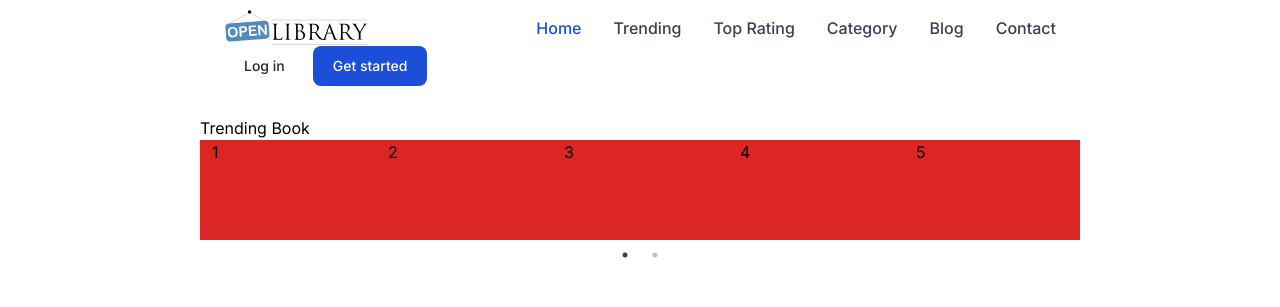
Repository: XuanKhanhHoang/Library-System-Frontend
Page: /
An editor plug-in stored every save of this project. The page is shown before and after the next save, followed by the edit.
The browser window is 1280 px wide. The pictures show the whole page.
The project was rebuilt for these pictures with package versions that can differ from the ones it lists, and the page was loaded fresh each time. The framework's server and built-in components were replaced by stand-ins that run in the browser. Also part of the build but not shown: next.config.mjs.

Above is the page before, as saved 2024-09-22 15:21:41.

### src/app/layout.tsx
import type { Metadata } from "next";
import { Inter } from "next/font/google";
import "./globals.css";
import "slick-carousel/slick/slick.css";
import "slick-carousel/slick/slick-theme.css";

const inter = Inter({ subsets: ["latin"] });

export const metadata: Metadata = {
  title: "Create Next App",
  description: "Generated by create next app",
};

export default function RootLayout({
  children,
}: Readonly<{
  children: React.ReactNode;
}>) {
  return (
    <html lang="en">
      <body className={inter.className}>
        <div className="mx-[200px]">
          <header>
            <nav className="bg-white border-gray-200 px-4 lg:px-6 py-2.5 dark:bg-gray-800">
              <div className="flex flex-wrap items-center justify-between max-w-screen-xl mx-auto">
                <img
                  src="./openlibrary-logo-tighter.svg"
                  className="h-6 mr-3 sm:h-9"
                  alt="Flowbite Logo"
                />
                <div className="flex items-center lg:order-2">
                  <a
                    href="#"
                    className="text-gray-800 dark:text-white hover:bg-gray-50 focus:ring-4 focus:ring-gray-300 font-medium rounded-lg text-sm px-4 lg:px-5 py-2 lg:py-2.5 mr-2 dark:hover:bg-gray-700 focus:outline-none dark:focus:ring-gray-800"
                  >
                    Log in
                  </a>
                  <a
                    href="#"
                    className="text-white bg-primary-700 hover:bg-primary-800 focus:ring-4 focus:ring-primary-300 font-medium rounded-lg text-sm px-4 lg:px-5 py-2 lg:py-2.5 mr-2 dark:bg-primary-600 dark:hover:bg-primary-700 focus:outline-none dark:focus:ring-primary-800"
                  >
                    Get started
                  </a>
                  <button
                    data-collapse-toggle="mobile-menu-2"
                    type="button"
                    className="inline-flex items-center p-2 ml-1 text-sm text-gray-500 rounded-lg lg:hidden hover:bg-gray-100 focus:outline-none focus:ring-2 focus:ring-gray-200 dark:text-gray-400 dark:hover:bg-gray-700 dark:focus:ring-gray-600"
                    aria-controls="mobile-menu-2"
                    aria-expanded="false"
                  >
                    <span className="sr-only">Open main menu</span>
                    <svg
                      className="w-6 h-6"
                      fill="currentColor"
                      viewBox="0 0 20 20"
                      xmlns="http://www.w3.org/2000/svg"
                    >
                      <path
                        fill-rule="evenodd"
                        d="M3 5a1 1 0 011-1h12a1 1 0 110 2H4a1 1 0 01-1-1zM3 10a1 1 0 011-1h12a1 1 0 110 2H4a1 1 0 01-1-1zM3 15a1 1 0 011-1h12a1 1 0 110 2H4a1 1 0 01-1-1z"
                        clip-rule="evenodd"
                      ></path>
                    </svg>
                    <svg
                      className="hidden w-6 h-6"
                      fill="currentColor"
                      viewBox="0 0 20 20"
                      xmlns="http://www.w3.org/2000/svg"
                    >
                      <path
                        fill-rule="evenodd"
                        d="M4.293 4.293a1 1 0 011.414 0L10 8.586l4.293-4.293a1 1 0 111.414 1.414L11.414 10l4.293 4.293a1 1 0 01-1.414 1.414L10 11.414l-4.293 4.293a1 1 0 01-1.414-1.414L8.586 10 4.293 5.707a1 1 0 010-1.414z"
                        clip-rule="evenodd"
                      ></path>
                    </svg>
                  </button>
                </div>
                <div
                  className="items-center justify-between hidden w-full lg:flex lg:w-auto lg:order-1"
                  id="mobile-menu-2"
                >
                  <ul className="flex flex-col mt-4 font-medium lg:flex-row lg:space-x-8 lg:mt-0">
                    <li>
                      <a
                        href="#"
                        className="block py-2 pl-3 pr-4 text-white rounded bg-primary-700 lg:bg-transparent lg:text-primary-700 lg:p-0 dark:text-white"
                        aria-current="page"
                      >
                        Home
                      </a>
                    </li>
                    <li>
                      <a
                        href="#"
                        className="block py-2 pl-3 pr-4 text-gray-700 border-b border-gray-100 hover:bg-gray-50 lg:hover:bg-transparent lg:border-0 lg:hover:text-primary-700 lg:p-0 dark:text-gray-400 lg:dark:hover:text-white dark:hover:bg-gray-700 dark:hover:text-white lg:dark:hover:bg-transparent dark:border-gray-700"
                      >
                        Trending
                      </a>
                    </li>
                    <li>
                      <a
                        href="#"
                        className="block py-2 pl-3 pr-4 text-gray-700 border-b border-gray-100 hover:bg-gray-50 lg:hover:bg-transparent lg:border-0 lg:hover:text-primary-700 lg:p-0 dark:text-gray-400 lg:dark:hover:text-white dark:hover:bg-gray-700 dark:hover:text-white lg:dark:hover:bg-transparent dark:border-gray-700"
                      >
                        Top Rating
                      </a>
                    </li>
                    <li>
                      <a
                        href="#"
                        className="block py-2 pl-3 pr-4 text-gray-700 border-b border-gray-100 hover:bg-gray-50 lg:hover:bg-transparent lg:border-0 lg:hover:text-primary-700 lg:p-0 dark:text-gray-400 lg:dark:hover:text-white dark:hover:bg-gray-700 dark:hover:text-white lg:dark:hover:bg-transparent dark:border-gray-700"
                      >
                        Category
                      </a>
                    </li>
                    <li>
                      <a
                        href="#"
                        className="block py-2 pl-3 pr-4 text-gray-700 border-b border-gray-100 hover:bg-gray-50 lg:hover:bg-transparent lg:border-0 lg:hover:text-primary-700 lg:p-0 dark:text-gray-400 lg:dark:hover:text-white dark:hover:bg-gray-700 dark:hover:text-white lg:dark:hover:bg-transparent dark:border-gray-700"
                      >
                        Blog
                      </a>
                    </li>
                    <li>
                      <a
                        href="#"
                        className="block py-2 pl-3 pr-4 text-gray-700 border-b border-gray-100 hover:bg-gray-50 lg:hover:bg-transparent lg:border-0 lg:hover:text-primary-700 lg:p-0 dark:text-gray-400 lg:dark:hover:text-white dark:hover:bg-gray-700 dark:hover:text-white lg:dark:hover:bg-transparent dark:border-gray-700"
                      >
                        Contact
                      </a>
                    </li>
                  </ul>
                </div>
              </div>
            </nav>
          </header>
          {children}
        </div>
      </body>
    </html>
  );
}

### src/app/page.tsx
"use client";
import React, { useRef, useState } from "react";
import Slider from "react-slick";
import "slick-carousel/slick/slick.css";
import "slick-carousel/slick/slick-theme.css";

export default function Home() {
  var settings = {
    dots: true,
    infinite: false,
    speed: 500,
    slidesToShow: 5,
    slidesToScroll: 4,
    initialSlide: 0,
    responsive: [
      {
        breakpoint: 1024,
        settings: {
          slidesToShow: 3,
          slidesToScroll: 3,
          infinite: true,
          dots: true,
        },
      },
      {
        breakpoint: 600,
        settings: {
          slidesToShow: 2,
          slidesToScroll: 2,
          initialSlide: 2,
        },
      },
      {
        breakpoint: 480,
        settings: {
          slidesToShow: 1,
          slidesToScroll: 1,
        },
      },
    ],
  };
  const object = [1, 2, 3, 4, 5, 6, 7, 8];
  return (
    <div className="slider-container">
      <h1 className="mt-[20px]">Trending Book</h1>
      <Slider {...settings}>
        {object.map((i, index) => (
          <div className="w-[100px] h-[100px] bg-red-600 px-3" key={index}>
            <h1>{i}</h1>
          </div>
        ))}
      </Slider>
    </div>
  );
}

### src/app/globals.css
@tailwind base;
@tailwind components;
@tailwind utilities;

* {
  box-sizing: border-box;
  padding: 0;
  margin: 0;
}

.swiper {
  width: 100%;
  height: 100%;
}

.swiper-slide {
  text-align: center;
  font-size: 18px;
  background: #fff;

  /* Center slide text vertically */
  display: flex;
  justify-content: center;
  align-items: center;
}

.swiper-slide img {
  display: block;
  width: 100%;
  height: 100%;
  object-fit: cover;
}

### tailwind.config.js
/** @type {import('tailwindcss').Config} */
module.exports = {
  content: ["./src/**/*.{js,ts,jsx,tsx,mdx}"],
  theme: {
    extend: {
      colors: {
        primary: {
          50: "#eff6ff",
          100: "#dbeafe",
          200: "#bfdbfe",
          300: "#93c5fd",
          400: "#60a5fa",
          500: "#3b82f6",
          600: "#2563eb",
          700: "#1d4ed8",
          800: "#1e40af",
          900: "#1e3a8a",
          950: "#172554",
        },
      },
    },
  },
  fontFamily: {
    body: [
      "Inter",
      "ui-sans-serif",
      "system-ui",
      "-apple-system",
      "system-ui",
      "Segoe UI",
      "Roboto",
      "Helvetica Neue",
      "Arial",
      "Noto Sans",
      "sans-serif",
      "Apple Color Emoji",
      "Segoe UI Emoji",
      "Segoe UI Symbol",
      "Noto Color Emoji",
    ],
    sans: [
      "Inter",
      "ui-sans-serif",
      "system-ui",
      "-apple-system",
      "system-ui",
      "Segoe UI",
      "Roboto",
      "Helvetica Neue",
      "Arial",
      "Noto Sans",
      "sans-serif",
      "Apple Color Emoji",
      "Segoe UI Emoji",
      "Segoe UI Symbol",
      "Noto Color Emoji",
    ],
  },
  plugins: [],
};

After the next save:
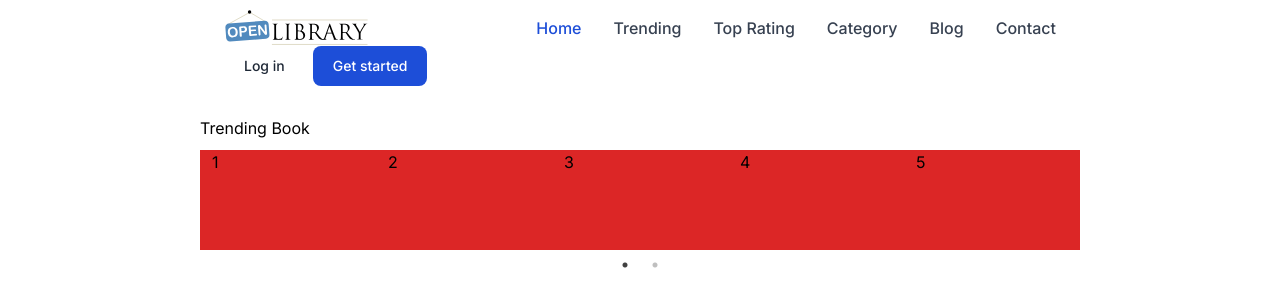
Saved 11 s later.
--- a/src/app/page.tsx
+++ b/src/app/page.tsx
@@ -42,7 +42,7 @@
   const object = [1, 2, 3, 4, 5, 6, 7, 8];
   return (
     <div className="slider-container">
-      <h1 className="mt-[20px]">Trending Book</h1>
+      <h1 className="mt-[20px] mb-[10px]">Trending Book</h1>
       <Slider {...settings}>
         {object.map((i, index) => (
           <div className="w-[100px] h-[100px] bg-red-600 px-3" key={index}>
